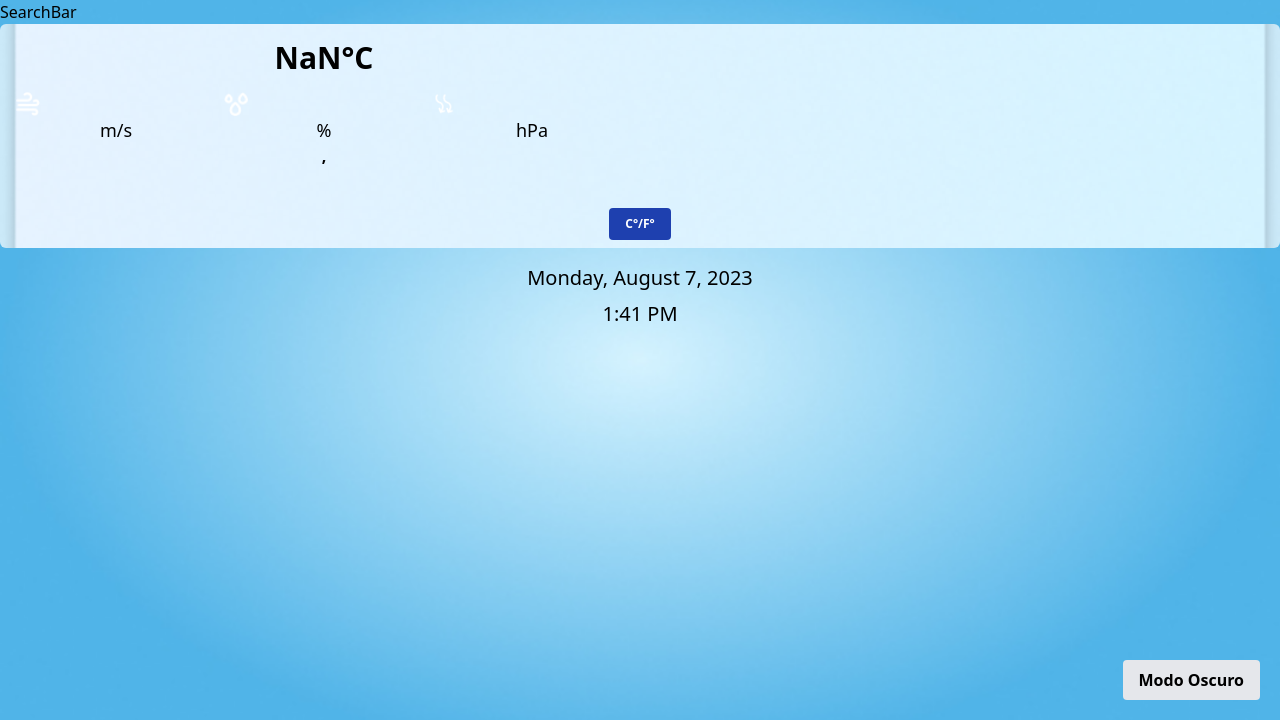
Repository: LukasMoyano/WeatherApp-_-LukasMoyano-_-V-_4.0_6.6.6
Page: /
The author's editor kept a copy of each file at every save. The page is drawn from the files as they stood at one save, then again after the next save.
The browser window is 1280 px wide. The pictures show the whole page.
The page's requests for data from a server got no answer. The project was rebuilt for these pictures with package versions that can differ from the ones it lists, and the page was loaded fresh each time. No one was signed in, and anything a server would have sent is missing. Also part of the build but not shown: vite.config.js.

Above is the page before, as saved 2023-08-07 17:02:20.

### index.html
<!DOCTYPE html>
<html lang="en">
  <head>
    <meta charset="UTF-8" />
    <link rel="icon" type="image/png" href="thor-hammer.png">
    <meta name="viewport" content="width=device-width, initial-scale=1.0" />
    <title>WeatherApp - LukasMoyano-</title>
  </head>
  <body>
    <div id="root"></div>
    <script type="module" src="/src/main.jsx"></script>
  </body>
</html>

### src/main.jsx
import React from 'react'
import ReactDOM from 'react-dom/client'
import App from "/src/App.jsx";

ReactDOM.createRoot(document.getElementById('root')).render(
  <React.StrictMode>
    <App />
  </React.StrictMode>,
)

### src/App.jsx
import React, { useEffect, useState } from "react";
import axios from "axios";
import Weather from "./components/Weather"; // Importa el componente Weather
import "./App.css";
import SearchBar from "./components/SearchBar";

function App() {
  // Estado para almacenar la información del clima
  const [weatherInfo, setWeatherInfo] = useState(null);

  // Estado para el modo oscuro
  const [isDarkMode, setIsDarkMode] = useState(false);

  // Determina la imagen de fondo según el modo
  const backgroundImage = isDarkMode ? "image002_DarkVersion.jpg" : "image001_LightVersion.jpg";

  // Efecto que obtiene la ubicación del usuario al cargar la página
  // Llama a la función success con la posición
  useEffect(() => {
    navigator.geolocation.getCurrentPosition(success);
  }, []);

  // Función que se ejecuta al obtener la posición exitosamente
  const success = (pos) => {

    const lat = pos.coords.latitude;
    const lon = pos.coords.longitude;

    const API_KEY = "f61630c5193995d939b6b8024057b009";

    const url = `https://api.openweathermap.org/data/2.5/weather?lat=${lat}&lon=${lon}&appid=${API_KEY}`;

    // const url = 'https://api.openweathermap.org/data/2.5/weather?id=524901&lang=es&appid={API key}'

    // Realiza una solicitud GET a la API de OpenWeatherMap para obtener información sobre el clima
    axios
      .get(url)
      .then(({ data }) => setWeatherInfo(data))
      .catch((err) => console.log(err));
  };

  // Función para alternar el modo oscuro
  const toggleDarkMode = () => {
    setIsDarkMode(!isDarkMode);
  };

  return (
    // Contenedor principal que ajusta la altura mínima de la pantalla y cambia el tema según el modo oscuro
    <div className={`min-h-screen ${isDarkMode ? "dark" : ""}`}>
      {/* Área principal que contiene el contenido y se ajusta según el modo oscuro */}
      <main
        className={`min-h-screen font-lato relative ${
          isDarkMode ? "bg-black bg-opacity-50 text-white" : "bg-white bg-opacity-70 text-black"
        }`}
        style={{
          // Fondo de la página que cambia según el modo oscuro
          backgroundImage: `url(public/background/${backgroundImage})`,
          backgroundSize: "cover",
          backgroundPosition: "center",
        }}
      >
        <LaGueder_aPp-BotonModoDiaNoche />
                <SearchBar />

        {/* Renderiza el componente Weather con los datos del clima y el estado de modo oscuro */}
        <Weather weatherInfo={weatherInfo} isDarkMode={isDarkMode} />

        {/* Botón para alternar entre modo oscuro y modo claro */}
        <button
          onClick={toggleDarkMode}
          className={`absolute bottom-5 right-5 px-4 py-2 font-bold rounded ${
            isDarkMode ? "bg-gray-800 text-white" : "bg-gray-200 text-black"
          }`}
        >
          {/* Texto dinámico del botón según el modo actual */}
          {isDarkMode ? "Modo Claro" : "Modo Oscuro"}
        </button>
      </main>
    </div>
  );

}

export default App; // Exporta el componente App

### src/components/Weather.jsx
import React, { useState } from "react";

const Weather = ({ weatherInfo, isDarkMode }) => {
  const [isCelsius, setIsCelsius] = useState(true);

  const toggleTemperatureUnit = () => {
    setIsCelsius(!isCelsius);
  };

  const convertTemperature = (temperature) => {
    if (isCelsius) {
      return Math.round(temperature - 273.15) + "°C";
    } else {
      return Math.round(((temperature - 273.15) * 9) / 5 + 32) + "°F";
    }
  };

  const getCurrentDateTime = () => {
    const currentDate = new Date();
    const options = {
      weekday: "long",
      day: "numeric",
      month: "long",
      year: "numeric",
    };
    const date = currentDate.toLocaleDateString(undefined, options);
    const time = currentDate.toLocaleTimeString(undefined, {
      hour: "numeric",
      minute: "numeric",
    });
    return { date, time };
  };

  const { date, time } = getCurrentDateTime();

  return (
    <main>
      <section
        className={`${
          isDarkMode
            ? "bg-black bg-opacity-50 text-white"
            : "bg-white bg-opacity-70 text-black"
        } p-2 rounded-md bg-cover bg-center`}
        style={{
          backgroundImage: `url(${
            isDarkMode
              ? "public/background/card_image002_Dark version.png"
              : "public/background/card_image001_LightVersion.png"
          })`,
        }}
      >
        <section className="flex">
          {/* Columna Izquierda */}
          <div className="w-1/2 p-2 text-center">
            {/* Temperatura Actual */}
            <div
              className={`text-3xl font-bold font-lato ${
                isDarkMode ? "text-white" : "text-black"
              }`}
            >
              {convertTemperature(weatherInfo?.main.temp)}
            </div>
            {/* Detalles del Clima */}
            <div className="grid grid-cols-3 gap-2 mt-4">
              <div className="text-lg">
                <img
                  src="./images/wind.png"
                  alt="Wind Icon"
                  className="w-6 h-6"
                />
                {weatherInfo?.wind.speed} m/s
              </div>
              <div className="text-lg">
                <img
                  src="./images/humidity.png"
                  alt="Humidity Icon"
                  className="w-6 h-6"
                />
                {weatherInfo?.main.humidity}%
              </div>
              <div className="text-lg">
                <img
                  src="./images/pressure.png"
                  alt="Pressure Icon"
                  className="w-6 h-6"
                />
                {weatherInfo?.main.pressure} hPa
              </div>
            </div>
            {/* Nombre de la Ciudad */}
            {/* País */}
            <h2 className="text-1xl font-bold mb-4">
              {weatherInfo?.name}, {weatherInfo?.sys?.country}
            </h2>
          </div>

          {/* Columna Derecha */}
          <div className="w-1/2 p-2 text-center">
            {/* Icono del Clima */}
            {weatherInfo?.weather[0].icon && (
              <img
                src={`https://openweathermap.org/img/wn/${weatherInfo?.weather[0].icon}@4x.png`}
                alt="Weather Icon"
                className="mx-auto h-24"
              />
            )}
            <h3 className="text-base mt-4 mb-2">
              {weatherInfo?.weather[0].description}
            </h3>
          </div>
        </section>

        {/* Botón para Alternar entre Celsius y Fahrenheit */}
        <section className="flex items-center justify-center mt-4">
          <button
            onClick={toggleTemperatureUnit}
            className={`bg-blue-800 hover:bg-blue-700 text-white font-bold py-2 px-4 rounded mx-auto block text-xs ${
              isDarkMode ? "bg-opacity-70" : "bg-opacity-100"
            }`}
          >
            C°/F°
          </button>
        </section>
      </section>
      {/* Mostrar la Fecha y Hora */}
      <section className="text-center mt-4">
        <p
          className={`text-xl mb-2 ${isDarkMode ? "text-white" : "text-black"}`}
        >
          {date}
        </p>
        <p className={`text-xl ${isDarkMode ? "text-white" : "text-black"}`}>
          {time}
        </p>
      </section>
    </main>
  );
};

export default Weather;

### src/App.css
@import 'tailwindcss/base';
@import 'tailwindcss/components';
@import 'tailwindcss/utilities';

### tailwind.config.js
/** @type {import('tailwindcss').Config} */
export default {
  content: [
    "./index.html",
    "./src/**/*.{js,ts,jsx,tsx}",
  ],
  theme: {
    extend: {},
    fontFamily: {
      Lato: ["Lato", "Sans-Serif"]
    }
  },
  plugins: [],

}

### src/components/LaGueder_aPp-BotonModoDiaNoche.jsx
import React from 'react'

const LaGueder_aPp-BotonModoDiaNoche = () => {
  return (
    <div>LaGueder_aPp-BotonModoDiaNoche</div>
  )
}

export default LaGueder_aPp-BotonModoDiaNoche

Loaded but not shown: src/components/SearchBar.jsx (common file)

After the next save:
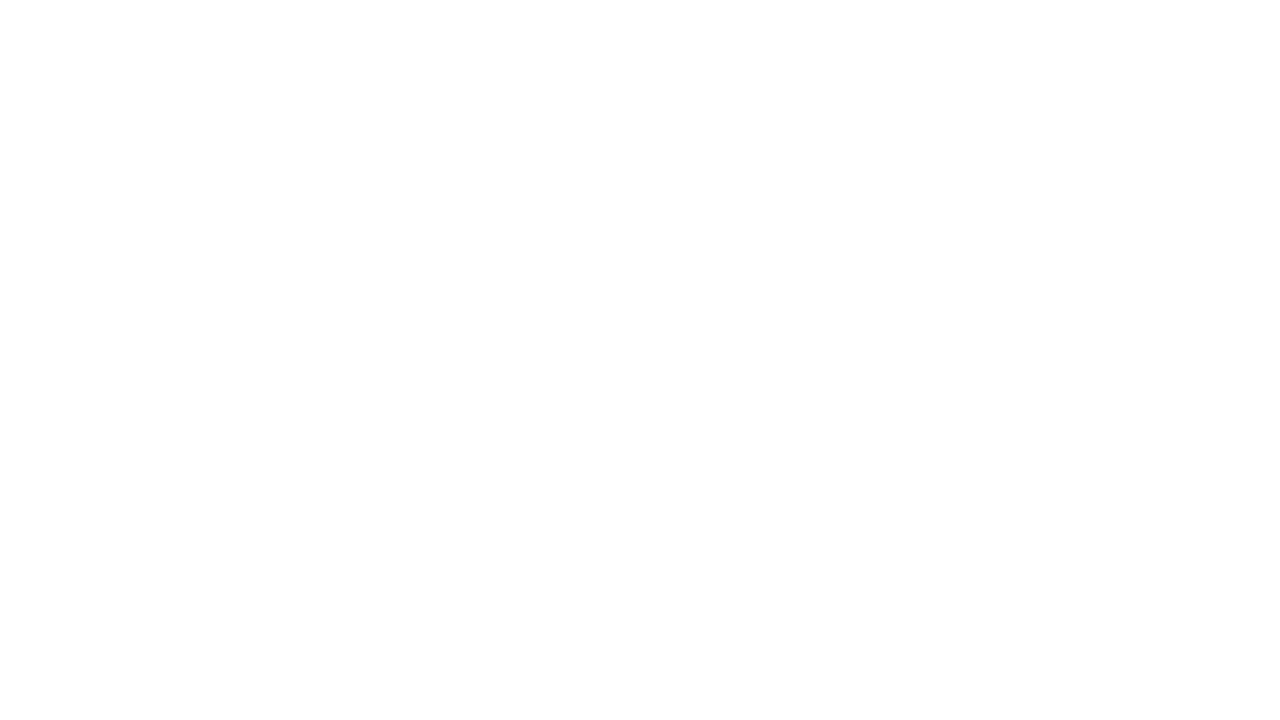
Console error: ReferenceError: LaGueder_aPpBotonModoDiaNoche is not defined
Saved 69 s later.
--- a/src/App.jsx
+++ b/src/App.jsx
@@ -59,7 +59,7 @@ function App() {
           backgroundPosition: "center",
         }}
       >
-        <LaGueder_aPp-BotonModoDiaNoche />
+        <LaGueder_aPpBotonModoDiaNoche />
                 <SearchBar />
 
         {/* Renderiza el componente Weather con los datos del clima y el estado de modo oscuro */}

After the 2 saves that followed:
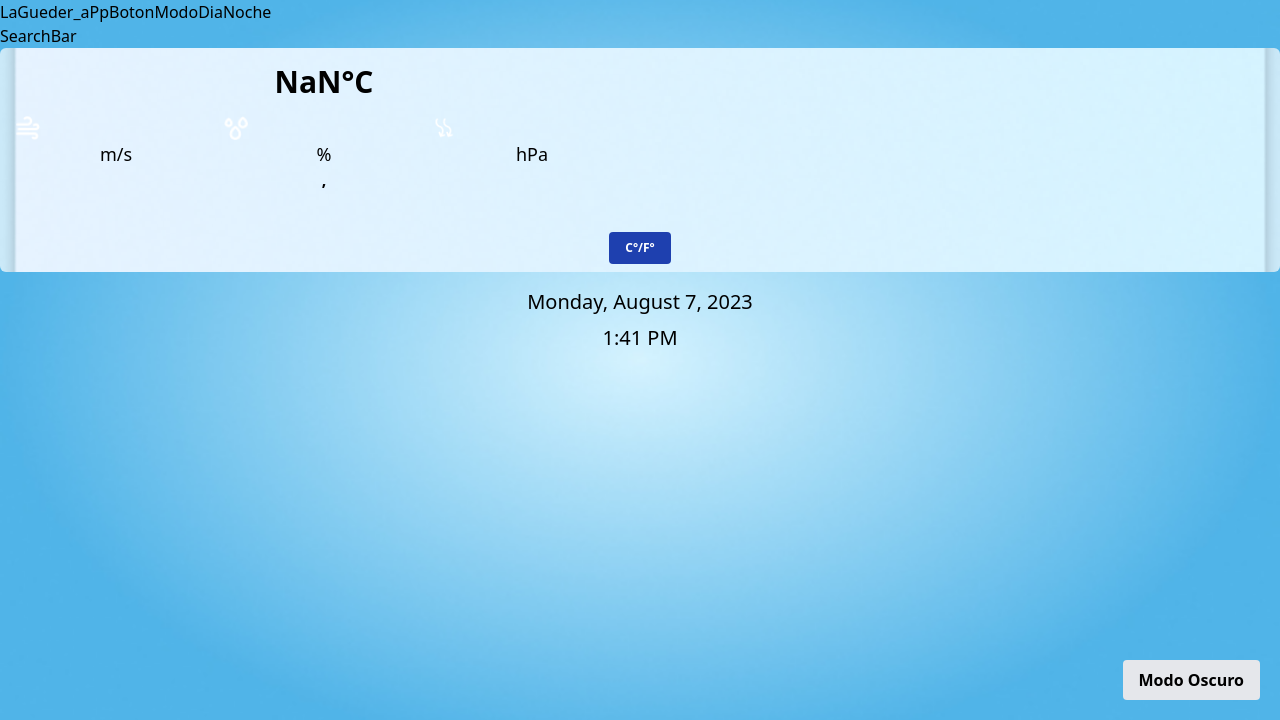
The error is gone.
The 2 saves are shown as one change because 1 did not build or start.
The last was saved 22 s later.
--- a/src/App.jsx
+++ b/src/App.jsx
@@ -3,6 +3,7 @@ import axios from "axios";
 import Weather from "./components/Weather"; // Importa el componente Weather
 import "./App.css";
 import SearchBar from "./components/SearchBar";
+import LaGueder_aPpBotonModoDiaNoche from "./components/LaGueder_aPp-BotonModoDiaNoche";
 
 function App() {
   // Estado para almacenar la información del clima
--- a/src/components/LaGueder_aPp-BotonModoDiaNoche.jsx
+++ b/src/components/LaGueder_aPp-BotonModoDiaNoche.jsx
@@ -1,9 +1,9 @@
 import React from 'react'
 
-const LaGueder_aPp-BotonModoDiaNoche = () => {
+const LaGueder_aPpBotonModoDiaNoche = () => {
   return (
-    <div>LaGueder_aPp-BotonModoDiaNoche</div>
+    <div>LaGueder_aPpBotonModoDiaNoche</div>
   )
 }
 
-export default LaGueder_aPp-BotonModoDiaNoche
+export default LaGueder_aPpBotonModoDiaNoche
